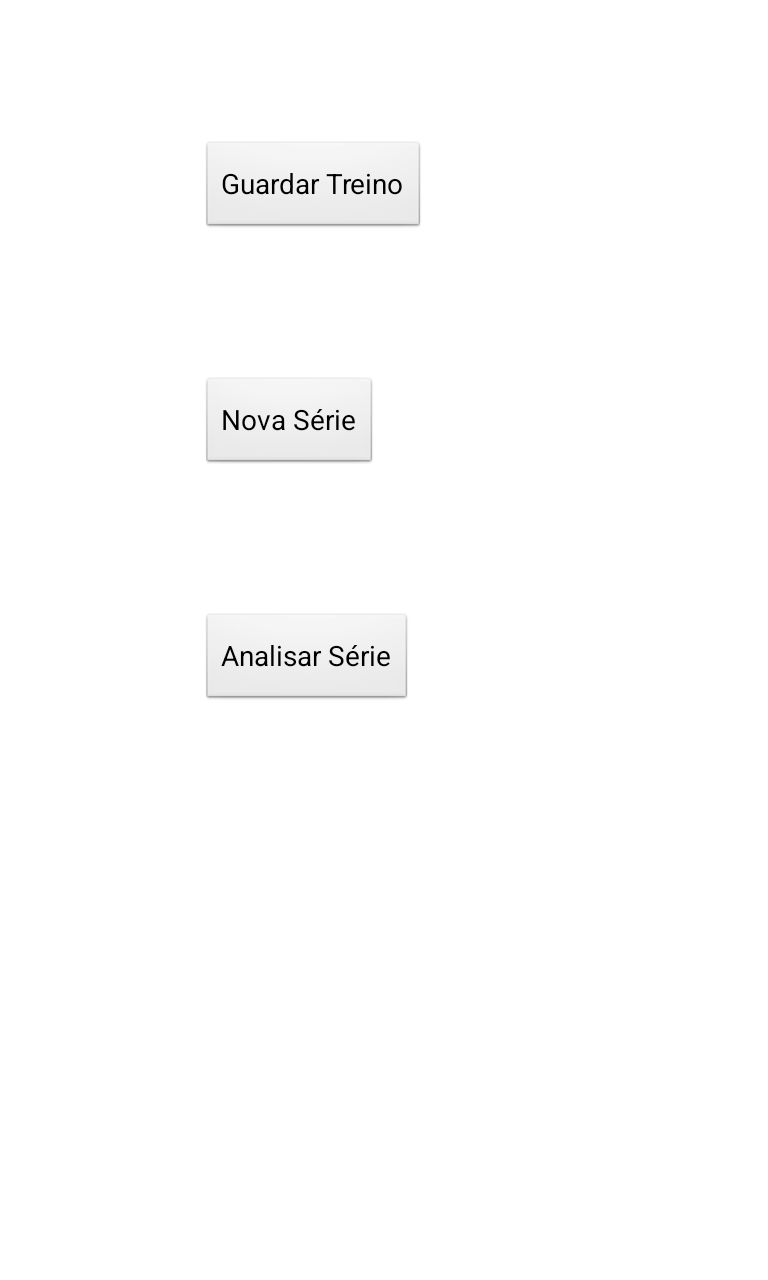
Repository: BrunoDeNadaiSarnaglia/Exame
Layout: Exame/res/layout/activity_main.xml
These files come from the project's save history. The layout is drawn as it stood at one moment and after the next save; the edit follows.
It is drawn on a 768 x 1280 px phone screen (xhdpi) without system bars, with theme AppTheme; the app's code is not run.

Above is the layout before, as saved 2013-07-09 18:53:14.

After the next save:
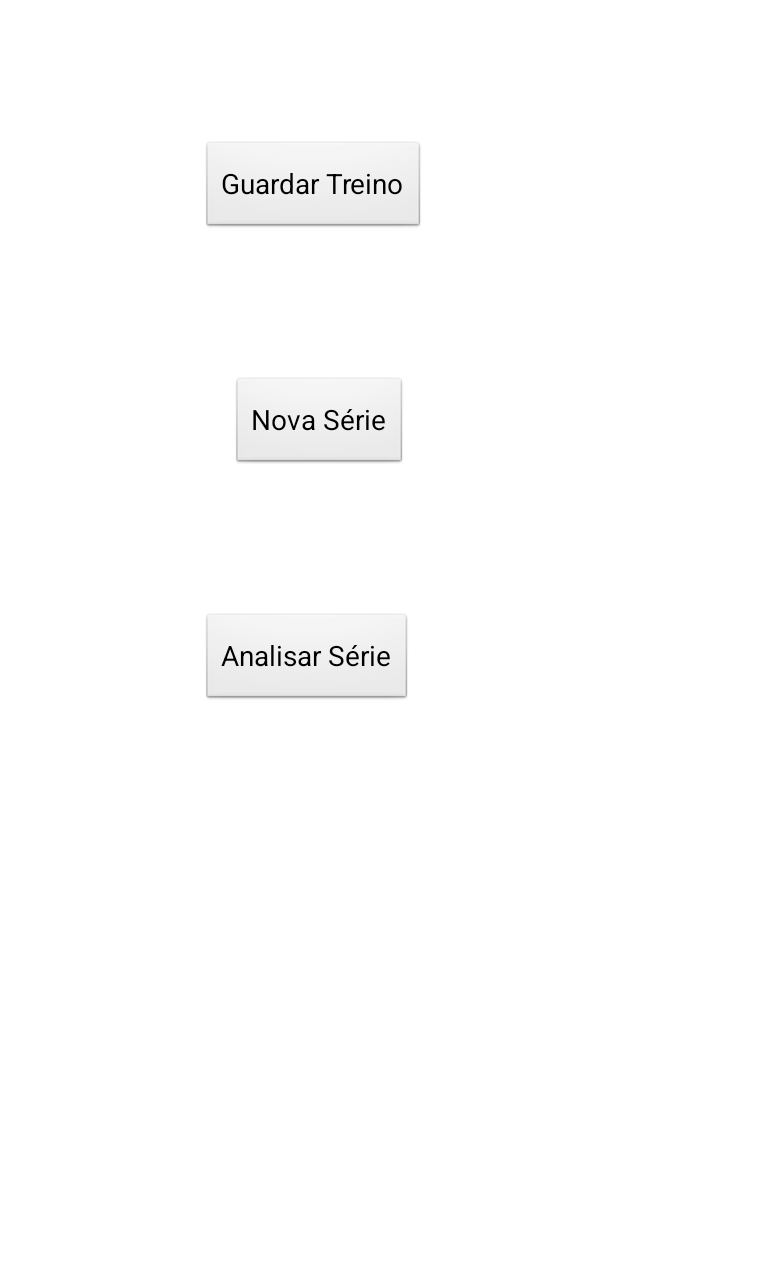
Saved 80 s later.
--- a/Exame/res/layout/activity_main.xml
+++ b/Exame/res/layout/activity_main.xml
@@ -2,27 +2,27 @@
     xmlns:tools="http://schemas.android.com/tools"
     android:layout_width="match_parent"
     android:layout_height="match_parent"
-    android:orientation="vertical">
+    android:orientation="vertical" >
 
     <Button
-        android:layout_marginTop="70dp"
-        android:layout_marginLeft="100dp"
         android:layout_width="wrap_content"
         android:layout_height="wrap_content"
+        android:layout_marginLeft="100dp"
+        android:layout_marginTop="70dp"
         android:text="Guardar Treino" />
 
     <Button
-        android:layout_marginTop="70dp"
-        android:layout_marginLeft="100dp"
         android:layout_width="wrap_content"
         android:layout_height="wrap_content"
+        android:layout_marginLeft="115dp"
+        android:layout_marginTop="70dp"
         android:text="Nova Série" />
 
     <Button
-        android:layout_marginTop="70dp"
-        android:layout_marginLeft="100dp"
         android:layout_width="wrap_content"
         android:layout_height="wrap_content"
+        android:layout_marginLeft="100dp"
+        android:layout_marginTop="70dp"
         android:text="Analisar Série" />
 
 </LinearLayout>
